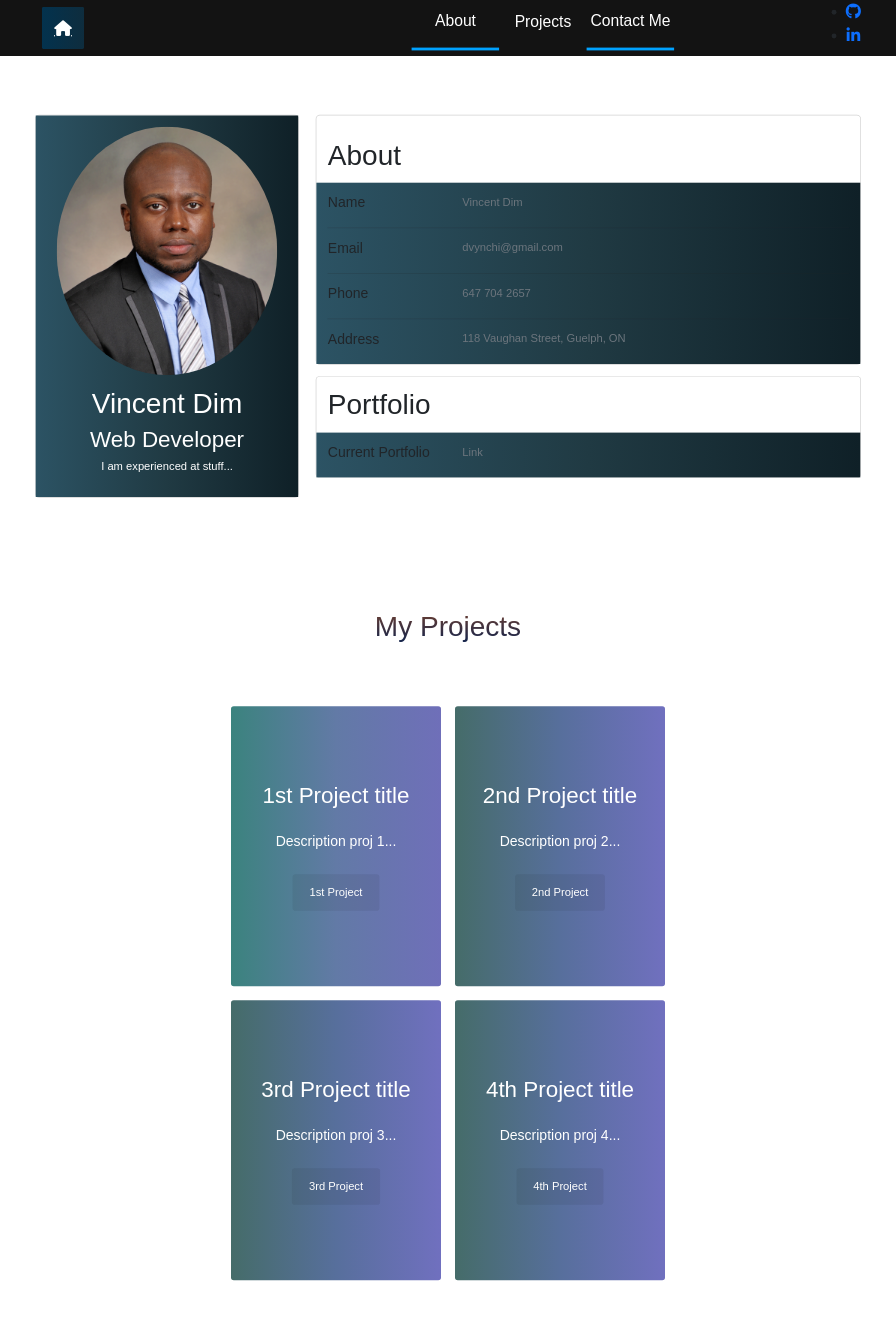
Repository: dvynchi/profile-2022
Page: index.html
These files come from the project's save history. The page is drawn as it stood at one moment and after the next save; the edit follows.
The browser window is 1280 px wide. The pictures show the part of the page from y = 0 to 1920 px (the page is 2631 px tall), at 70% of full size.
Some web libraries are served in a nearby version.

Above is the page before, as saved 2022-08-18 11:41:59.

After the next save:
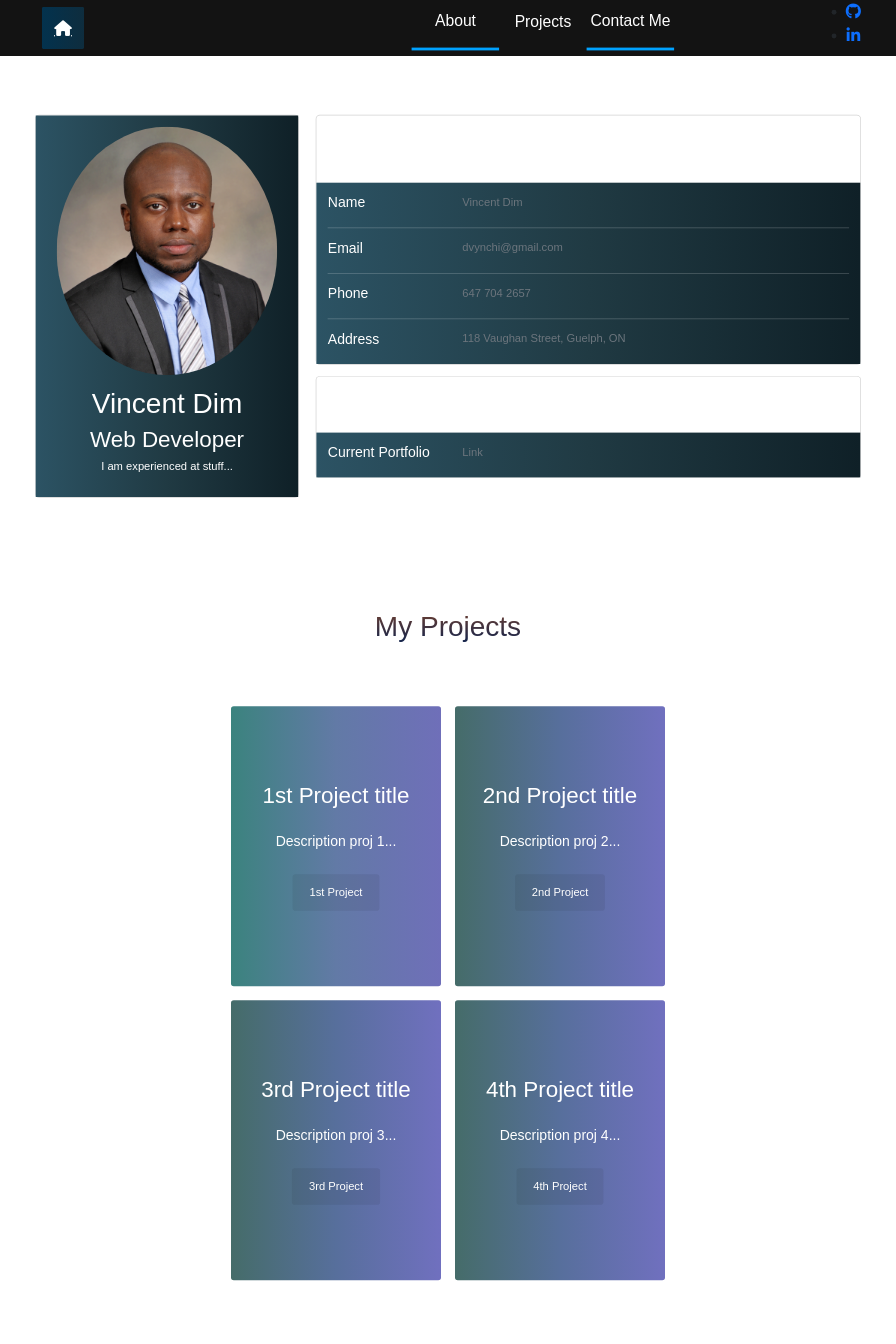
Saved 107 s later.
--- a/styles.css
+++ b/styles.css
@@ -194,11 +194,12 @@
 /******************************************* SIDEBAR ***********************************************/
 
 .card-body {
-    background: #0F2027;  /* fallback for old browsers */
+    background: #0F2027;
     background: -webkit-linear-gradient(to right, #2C5364, #203A43, #0F2027);
     background: linear-gradient(to right, #2C5364, #203A43, #0F2027);
     height: 100%;
 }
+
 .card-body h2, .card-body h3, .card-body p {
     color: #fff;
 }
@@ -225,6 +226,10 @@
 
 .main_container h3 {
     font-size: 2.5rem;
+}
+
+.row {
+    color: #fff;
 }
 
 
